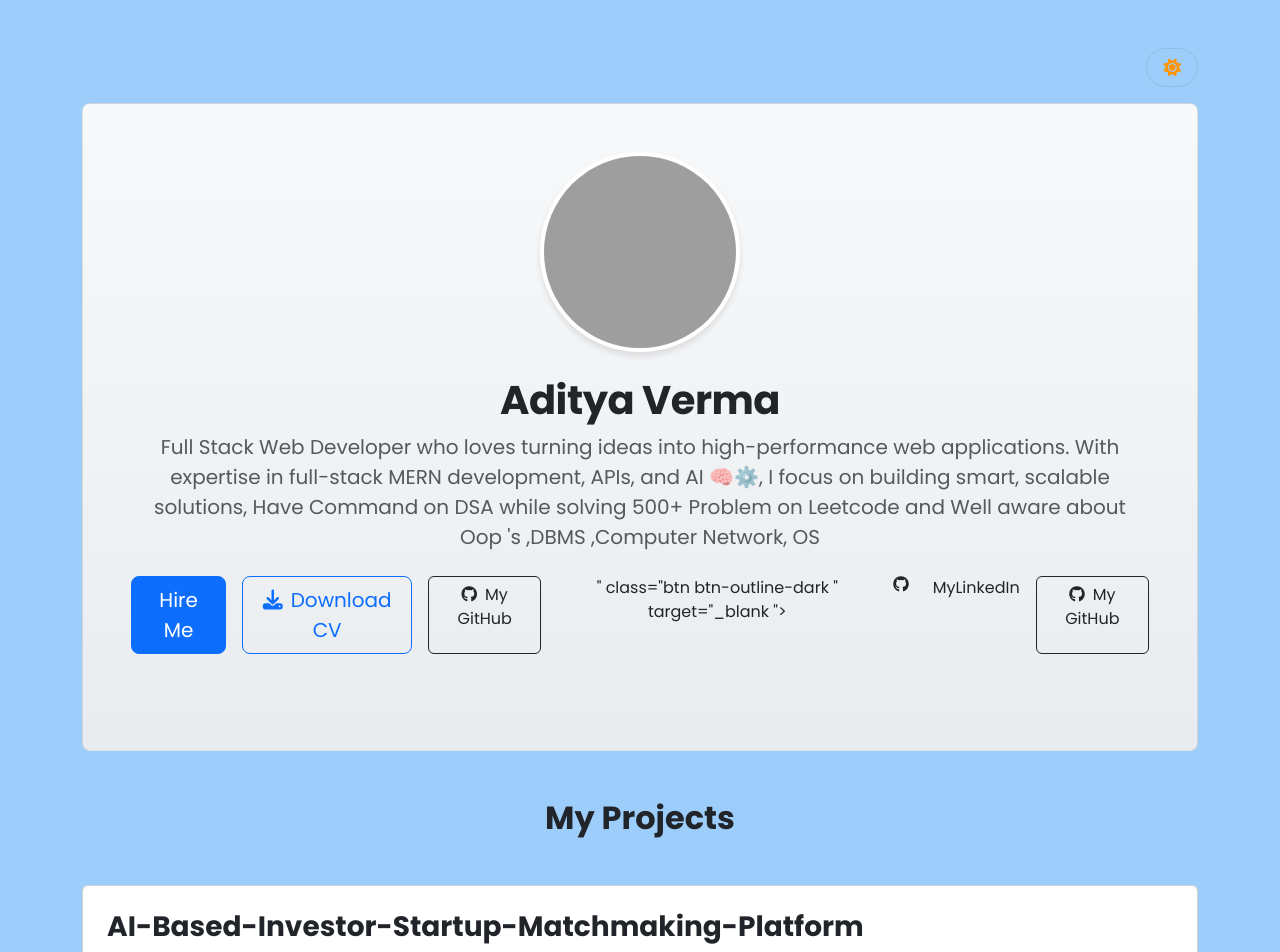
Repository: AdityaTech-Pro/Portfolio-Aditya-Verma
Page: Aditya Portfolio/index.html
An editor plug-in stored every save of this project. The page is shown before and after the next save, followed by the edit.
The browser window is 1280 px wide. The pictures show the part of the page from y = 0 to 952 px (the page is 5029 px tall).
Pictures or frames that could not be fetched are drawn as grey boxes.

Above is the page before, as saved 2026-01-07 23:25:08.
Console error: TypeError: Cannot read properties of null (reading 'addEventListener')

### Aditya Portfolio/index.html
<!DOCTYPE html>
<html lang="en">

<head>
    <meta charset="UTF-8">
    <meta name="viewport" content="width=device-width, initial-scale=1.0">
    <title>My Portfolio - Bootstrap Utilities</title>
    <!-- Bootstrap CSS -->
    <link href="https://cdn.jsdelivr.net/npm/bootstrap@5.3.2/dist/css/bootstrap.min.css" rel="stylesheet">
    <!-- Font Awesome for icons -->
    <link rel="stylesheet" href="https://cdnjs.cloudflare.com/ajax/libs/font-awesome/6.4.2/css/all.min.css">
    <!-- Google Font: Poppins -->
    <link href="https://fonts.googleapis.com/css2?family=Poppins:wght@300;400;600;700&display=swap" rel="stylesheet">
    <!-- Local custom styles -->
    <link rel="stylesheet" href="styles.css">
    <style>
        /* Custom styles to complement Bootstrap */

         :root {
            --bg: #9dcdfa;
            --card-bg: #ffffff;
            --accent: #0d6efd;
            --text: #212529;
        }

        body {
            background-color: var(--bg);
            color: var(--text);
            transition: background-color 0.3s ease, color 0.3s ease;
        }

        .profile-section {
            background: linear-gradient(to bottom, #f8f9fa, #e9ecef);
            transition: transform 0.3s ease, background 0.3s ease;
        }
        /* Top bar with theme toggle */

        .topbar {
            display: flex;
            justify-content: flex-end;
            align-items: center;
            gap: 1rem;
            margin-bottom: 1rem;
        }

        .theme-toggle {
            display: inline-flex;
            align-items: center;
            gap: 0.5rem;
            background: transparent;
            border: 1px solid rgba(0, 0, 0, 0.08);
            padding: 0.6rem 1rem;
            border-radius: 999px;
            cursor: pointer;
            color: var(--text);
            transition: all 0.3s ease;
        }

        .theme-toggle:hover {
            background: rgba(0, 0, 0, 0.05);
            transform: translateY(-1px);
        }

        .theme-toggle:active {
            transform: translateY(1px);
        }

        .theme-toggle i {
            font-size: 1.1rem;
        }

        .theme-toggle .fa-sun {
            color: #ff9500;
        }

        .theme-toggle .fa-moon {
            display: none;
            color: #6366f1;
        }

        .dark-theme .theme-toggle .fa-sun {
            display: none;
        }

        .dark-theme .theme-toggle .fa-moon {
            display: inline-block;
        }

        .btn-custom {
            transition: transform 0.3s ease;
        }

        .btn-custom:hover {
            transform: translateY(-2px);
        }

        .form-control:focus {
            box-shadow: 0 0 0 0.25rem rgba(13, 110, 253, 0.2);
        }

        .profile-img {
            width: 200px;
            height: 200px;
            object-fit: cover;
            border: 4px solid white;
            box-shadow: 0 4px 6px rgba(0, 0, 0, 0.1);
            transition: transform 0.25s ease;
        }

        .profile-img:hover {
            transform: scale(1.03);
        }
        /* Dark theme overrides */

        body.dark-theme {
            --bg: #0f1724;
            --card-bg: #111827;
            --muted: #9ca3af;
            --accent: #60a5fa;
            --text: #e6eef8;
        }

        .dark-theme .profile-section {
            background: linear-gradient(180deg, rgba(255, 255, 255, 0.02), rgba(255, 255, 255, 0.01));
        }

        .dark-theme .bg-light {
            background-color: #0b1220 !important;
            color: var(--text) !important;
            border: 1px solid rgba(255, 255, 255, 0.04);
        }

        .dark-theme .text-muted {
            color: var(--muted) !important;
        }

        .dark-theme .theme-toggle {
            border-color: rgba(255, 255, 255, 0.1);
        }

        .dark-theme .theme-toggle:hover {
            background: rgba(255, 255, 255, 0.05);
        }
        /* Small polish */

        .max-width-500 {
            max-width: 500px;
        }

        footer a {
            color: inherit;
        }

        @media (max-width: 768px) {
            .profile-img {
                width: 150px;
                height: 150px;
            }
            .topbar {
                justify-content: center;
            }
        }
        /* Project section styles */

        .project-img {
            height: 250px;
            object-fit: cover;
            border-radius: 8px;
        }

        .project-card {
            transition: transform 0.3s ease;
            background: var(--card-bg);
        }

        .project-card:hover {
            transform: translateY(-5px);
        }

        .project-links a {
            transition: opacity 0.3s ease;
        }

        .project-links a:hover {
            opacity: 0.8;
        }

        .video-container {
            position: relative;
            padding-bottom: 56.25%;
            /* 16:9 aspect ratio */
            height: 0;
            overflow: hidden;
            border-radius: 8px;
        }

        .video-container iframe {
            position: absolute;
            top: 0;
            left: 0;
            width: 100%;
            height: 100%;
            border: 0;
        }
    </style>
</head>

<body>
    <!-- Main Container -->
    <div class="container py-5">
        <!-- Top bar: theme toggle and quick actions -->
        <div class="topbar">
            <button id="themeToggle" class="theme-toggle" aria-pressed="false" aria-label="Toggle dark mode">
                <i class="fas fa-sun" aria-hidden="true"></i>
                <i class="fas fa-moon" aria-hidden="true"></i>
                <span class="visually-hidden">Toggle theme</span>
            </button>
        </div>
        <!-- Profile Section -->
        <section class="profile-section p-5 rounded-3 text-center mb-5">
            <img src="https://avatars.githubusercontent.com/u/219658559?s=400&u=7e5a78b2bf82817b3f897e4e53b1019b24af58ee&v=4" alt="Profile Picture" class="profile-img img-fluid rounded-circle mb-4">

            <h1 class="fw-bold mb-2">Aditya Verma</h1>
            <p class="text-muted fs-5 mb-4">Full Stack Web Developer who loves turning ideas into high-performance web applications. With expertise in full-stack MERN development, APIs, and AI 🧠⚙️, I focus on building smart, scalable solutions, Have Command on DSA while solving 500+
                Problem on Leetcode and Well aware about Oop 's ,DBMS ,Computer Network, OS</p>

            <!-- Action Buttons -->
            <div class="d-flex justify-content-center gap-3 mb-5">
                <button class="btn btn-primary btn-lg btn-custom">
                    Hire Me
                </button>
                <a href="./assets/Updated_Aditya_2Resume_by GLAFormat.pdf" class="btn btn-outline-primary btn-lg btn-custom" download>
                    <i class="fas fa-download me-2"></i>Download CV
                </a>
                <a href="<a href=" https://github.com/AdityaTech-Pro " class="btn btn-outline-dark " target="_blank ">
                    <i class="fab fa-github me-2 "></i>My GitHub
                </a>" class="btn btn-outline-dark " target="_blank ">
                    <i class="fab fa-github me-2 "></i>MyLinkedIn
                </a>
                <a href="https://github.com/AdityaTech-Pro" class="btn btn-outline-dark " target="_blank ">
                    <i class="fab fa-github me-2 "></i>My GitHub
                </a>

            </div>
        </section>

        <!-- Projects Section -->
        <section class="mb-5">
            <h2 class="text-center fw-bold mb-5"> My Projects</h2>

            <!--Project1-->
            <div class="card project-card mb-5">
                <div class="card-body p-4">
                    <h3 class="card-title fw-bold mb-3">AI-Based-Investor-Startup-Matchmaking-Platform</h3>

                    <!-- Project Images -->
                    <div class="row g-4 mb-4">
                        <div class="col-md-4">
                            <img src="./assets/P1a.png" alt="Project Screenshot 1" class="project-img img-fluid w-100">
                        </div>
                        <div class="col-md-4">
                            <img src="./assets/P1b.png" alt="Project Screenshot 2" class="project-img img-fluid w-100">
                        </div>
                        <div class="col-md-4">
                            <img src="./assets/P1c.png" alt="Project Screenshot 3" class="project-img img-fluid w-100">
                        </div>
                    </div>

                    <!-- Project Video -->
                    <div class="video-container mb-4">
                        <iframe src="./assets/Project (AI based S&IP).mp4" title="Project Demo " allow="accelerometer; autoplay; clipboard-write; encrypted-media; gyroscope; picture-in-picture " allowfullscreen></iframe>
                    </div>

                    <!-- Project Description -->
                    <p class="card-text mb-4 ">
                        An innovative platform that uses artificial intelligence to match investors with promising startups based on various parameters including industry focus, investment stage, funding requirements, and growth metrics.
                    </p>

                    <!-- Project Links -->
                    <div class="project-links d-flex gap-3 ">
                        <a href="http://localhost:3000 " class="btn btn-outline-primary " target="_blank ">
                            <i class="fas fa-laptop-code me-2 "></i>Live Demo
                        </a>
                        <a href="https://github.com/KS-Vijay/AI-Based-Investor-Startup-Matchmaking-Platform " class="btn btn-outline-dark " target="_blank ">
                            <i class="fab fa-github me-2 "></i>GitHub Repository
                        </a>
                    </div>
                </div>
            </div>

            <!--Project2-->
            <div class="card project-card mb-5 ">
                <div class="card-body p-4 ">
                    <h3 class="card-title fw-bold mb-3 ">Lung Cancer Detection using Convolutional Neural Network (CNN)</h3>

                    <!-- Project Images -->
                    <div class="row g-4 mb-4 ">
                        <div class="col-md-4 ">
                            <img src="./assets/P2a.png " alt="Project Screenshot 1 " class="project-img img-fluid w-100 ">
                        </div>
                        <div class="col-md-4 ">
                            <img src="./assets/P2b.png " alt="Project Screenshot 2 " class="project-img img-fluid w-100 ">
                        </div>
                        <div class="col-md-4 ">
                            <img src="./assets/P2c.png " alt="Project Screenshot 3 " class="project-img img-fluid w-100 ">
                        </div>
                    </div>

                    <!-- Project Video -->
                    <div class="video-container mb-4 ">
                        <iframe src="./assets/Project Lung Cancer Detection using Full Stack MERN and AIML CNN Model.mp4 " title="Project Demo " allow="accelerometer; autoplay; clipboard-write; encrypted-media; gyroscope; picture-in-picture " allowfullscreen></iframe>
                    </div>

                    <!-- Project Description -->
                    <p class="card-text mb-4 ">
                        An innovative platform that uses artificial intelligence to match investors with promising startups based on various parameters including industry focus, investment stage, funding requirements, and growth metrics.
                    </p>

                    <!-- Project Links -->
                    <div class="project-links d-flex gap-3 ">
                        <a href="http://localhost:3000 " class="btn btn-outline-primary " target="_blank ">
                            <i class="fas fa-laptop-code me-2 "></i>Live Demo
                        </a>
                        <a href="https://github.com/AdityaTech-Pro/Lung-Cancer-Detection-using-Convolutional-Neural-Network" class="btn btn-outline-dark " target="_blank ">
                            <i class="fab fa-github me-2 "></i>GitHub Repository
                        </a>
                    </div>
                </div>
            </div>

            <!--Project3-->
            <div class="card project-card mb-5 ">
                <div class="card-body p-4 ">
                    <h3 class="card-title fw-bold mb-3 ">Braj Museum</h3>

                    <!-- Project Images -->
                    <div class="row g-4 mb-4 ">
                        <div class="col-md-4 ">
                            <img src="./assets/P3a.png " alt="Project Screenshot 1 " class="project-img img-fluid w-100 ">
                        </div>
                        <div class="col-md-4 ">
                            <img src="./assets/P3b.png " alt="Project Screenshot 2 " class="project-img img-fluid w-100 ">
                        </div>
                        <div class="col-md-4 ">
                            <img src="./assets/P3c.png " alt="Project Screenshot 3 " class="project-img img-fluid w-100 ">
                        </div>
                    </div>

                    <!-- Project Video -->
                    <div class="video-container mb-4 ">
                        <iframe src="./assets/Braj-Museum.mp4 " title="Project Demo " allow="accelerometer; autoplay; clipboard-write; encrypted-media; gyroscope; picture-in-picture " allowfullscreen></iframe>
                    </div>

                    <!-- Project Description -->
                    <p class="card-text mb-4 ">
                        An innovative platform that uses artificial intelligence to match investors with promising startups based on various parameters including industry focus, investment stage, funding requirements, and growth metrics.
                    </p>

                    <!-- Project Links -->
                    <div class="project-links d-flex gap-3 ">
                        <a href="http://localhost:3000 " class="btn btn-outline-primary " target="_blank ">
                            <i class="fas fa-laptop-code me-2 "></i>Live Demo
                        </a>
                        <a href="https://github.com/AdityaTech-Pro/Braj-Museum " class="btn btn-outline-dark " target="_blank ">
                            <i class="fab fa-github me-2 "></i>GitHub Repository
                        </a>
                    </div>
                </div>
            </div>
        </section>

        <!-- Contact Form Section -->
        <section class="bg-light p-5 rounded-3 ">
            <h2 class="text-center fw-bold mb-4 ">Get in Touch</h2>

            <form class="max-width-500 mx-auto ">
                <div class="mb-3 ">
                    <input type="text " class="form-control form-control-lg " placeholder="Your Name " required>
                </div>

                <div class="mb-3 ">
                    <input type="email " class="form-control form-control-lg " placeholder="Your Email " required>
                </div>

                <div class="mb-4 ">
                    <textarea class="form-control form-control-lg " rows="4 " placeholder="Your Message " required></textarea>
                </div>

                <div class="text-center ">
                    <button type="submit " class="btn btn-primary btn-lg px-5 btn-custom ">
                        Send Message
                    </button>
                </div>
            </form>
        </section>

        <!-- Footer -->
        <footer class="text-center mt-5 ">
            <div class="d-flex justify-content-center gap-3 ">
                <a href="https://www.linkedin.com/in/aditya-verma-2a3915289/ " class="text-decoration-none text-dark ">LinkedIn</a>
                <a href="https://github.com/AdityaTech-Pro " class="text-decoration-none text-dark ">GitHub</a>
                <a href="# " class="text-decoration-none text-dark "></a>
            </div>
            <p class="text-muted mt-3 ">&copy; 2025 My Portfolio. All rights reserved.</p>
        </footer>
    </div>

    <!-- Theme toggle script -->
    <script>
        (function() {
            const toggle = document.getElementById('themeToggle ');
            const body = document.body;
            const saved = localStorage.getItem('theme ');

            function applyTheme(theme) {
                if (theme === 'dark ') {
                    body.classList.add('dark-theme ');
                    toggle.setAttribute('aria-pressed ', 'true ');
                } else {
                    body.classList.remove('dark-theme ');
                    toggle.setAttribute('aria-pressed ', 'false ');
                }
            }

            // initial theme: saved -> user preference -> light
            if (saved) {
                applyTheme(saved);
            } else if (window.matchMedia && window.matchMedia('(prefers-color-scheme: dark) ').matches) {
                applyTheme('dark ');
            }

            toggle.addEventListener('click ', function() {
                const isDark = body.classList.toggle('dark-theme ');
                localStorage.setItem('theme ', isDark ? 'dark ' : 'light ');
                toggle.setAttribute('aria-pressed ', String(isDark));
            });
        })();
    </script>

    <!-- Bootstrap JS -->
    <script src="https://cdn.jsdelivr.net/npm/bootstrap@5.3.2/dist/js/bootstrap.bundle.min.js "></script>
</body>

</html>

### Aditya Portfolio/styles.css
/* Custom styles to enhance Bootstrap */

/* Body and general styles */
body {
    font-family: 'Poppins', 'Segoe UI', system-ui, -apple-system, sans-serif;
    background-color: #ffffff;
}

/* Container max-width for larger screens */
.container {
    max-width: 1140px;
}

/* Profile section styling */
.profile-section {
    background: linear-gradient(135deg, #f8f9fa 0%, #e9ecef 100%);
    border: 1px solid rgba(0, 0, 0, 0.1);
    transition: transform 0.3s ease;
}

.profile-section:hover {
    transform: translateY(-5px);
}

/* Profile image styling */
.profile-img {
    width: 200px;
    height: 200px;
    object-fit: cover;
    border: 4px solid white;
    box-shadow: 0 4px 15px rgba(0, 0, 0, 0.1);
    transition: transform 0.3s ease;
}

.profile-img:hover {
    transform: scale(1.05);
}

/* Button enhancements */
.btn-custom {
    transition: all 0.3s ease;
    position: relative;
    overflow: hidden;
}

.btn-custom:hover {
    transform: translateY(-2px);
    box-shadow: 0 5px 15px rgba(0, 0, 0, 0.1);
}

.btn-custom:active {
    transform: translateY(0);
}

/* Form styling */
.form-control {
    border: 2px solid #dee2e6;
    transition: all 0.3s ease;
}

.form-control:focus {
    border-color: #0d6efd;
    box-shadow: 0 0 0 0.25rem rgba(13, 110, 253, 0.2);
}

.form-control::placeholder {
    color: #adb5bd;
}

/* Social links styling */
.social-links a {
    transition: color 0.3s ease, transform 0.15s ease;
    color: #0d6efd;
    font-weight: 700;
}

.social-links a:hover {
    color: #0b5ed7 !important;
    transform: translateY(-1px);
}

/* Custom animations */
@keyframes fadeInUp {
    from {
        opacity: 0;
        transform: translateY(20px);
    }
    to {
        opacity: 1;
        transform: translateY(0);
    }
}

.profile-section, .contact-form {
    animation: fadeInUp 0.5s ease-out forwards;
}

/* Form success state */
.form-control:valid {
    border-color: #198754;
}

/* Custom section styling */
.custom-section {
    border-radius: 15px;
    overflow: hidden;
}

/* Typography enhancements */
h1 {
    letter-spacing: -0.5px;
}

.tagline {
    font-size: 1.25rem;
    color: #6c757d;
}

/* Responsive adjustments */
@media (max-width: 768px) {
    .profile-img {
        width: 150px;
        height: 150px;
    }

    .btn-custom {
        width: 100%;
        margin-bottom: 0.5rem;
    }

    .profile-section {
        padding: 2rem !important;
    }
}

/* Dark mode support */
@media (prefers-color-scheme: dark) {
    body {
        background-color: #212529;
        color: #f8f9fa;
    }

    .profile-section {
        background: linear-gradient(135deg, #343a40 0%, #212529 100%);
    }

    .form-control {
        background-color: #343a40;
        border-color: #495057;
        color: #f8f9fa;
    }

    .form-control::placeholder {
        color: #6c757d;
    }

    .bg-light {
        background-color: #343a40 !important;
    }

    .text-dark {
        color: #f8f9fa !important;
    }
}

/* When user toggles dark-theme via JS */
.dark-theme .social-links a {
    color: #93c5fd;
}

.dark-theme .social-links a:hover {
    color: #60a5fa !important;
}

/* Handle anchors that also carry Bootstrap's .text-dark (which uses !important) */
.social-links a.text-dark {
    color: #0d6efd !important;
    font-weight: 700;
}

.dark-theme .social-links a.text-dark {
    color: #93c5fd !important;
}

/* Loading animation */
.page-loading {
    opacity: 0;
    animation: fadeIn 0.5s ease-out forwards;
}

@keyframes fadeIn {
    to {
        opacity: 1;
    }
}

/* Custom scrollbar */
::-webkit-scrollbar {
    width: 10px;
}

::-webkit-scrollbar-track {
    background: #f1f1f1;
}

::-webkit-scrollbar-thumb {
    background: #888;
    border-radius: 5px;
}

::-webkit-scrollbar-thumb:hover {
    background: #555;
}

After the next save:
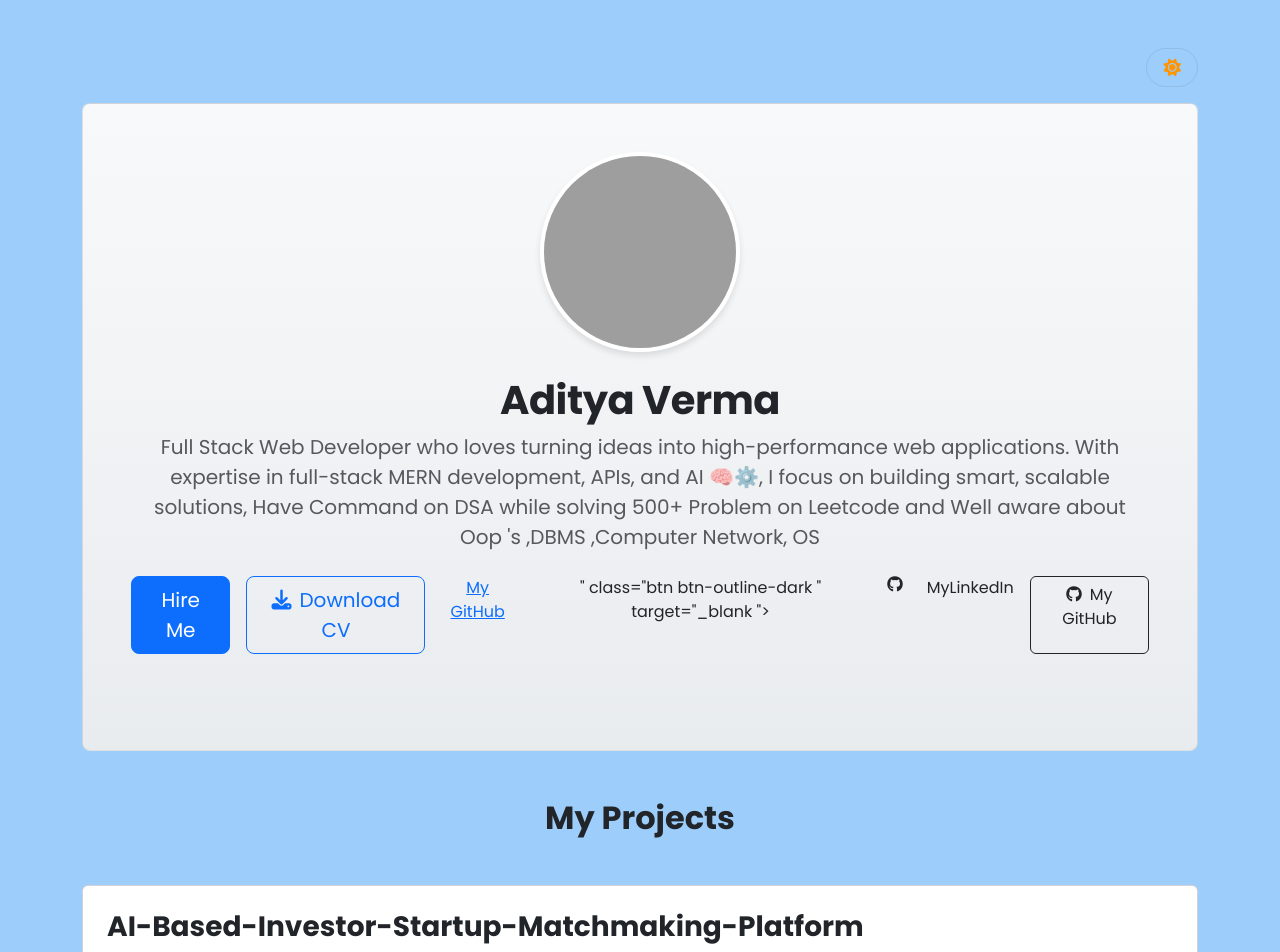
Saved 17 s later.
--- a/Aditya Portfolio/index.html
+++ b/Aditya Portfolio/index.html
@@ -232,10 +232,9 @@
                 <a href="./assets/Updated_Aditya_2Resume_by GLAFormat.pdf" class="btn btn-outline-primary btn-lg btn-custom" download>
                     <i class="fas fa-download me-2"></i>Download CV
                 </a>
-                <a href="<a href=" https://github.com/AdityaTech-Pro " class="btn btn-outline-dark " target="_blank ">
-                    <i class="fab fa-github me-2 "></i>My GitHub
+                <a href=""></i>My GitHub
                 </a>" class="btn btn-outline-dark " target="_blank ">
-                    <i class="fab fa-github me-2 "></i>MyLinkedIn
+                <i class="fab fa-github me-2 "></i>MyLinkedIn
                 </a>
                 <a href="https://github.com/AdityaTech-Pro" class="btn btn-outline-dark " target="_blank ">
                     <i class="fab fa-github me-2 "></i>My GitHub
